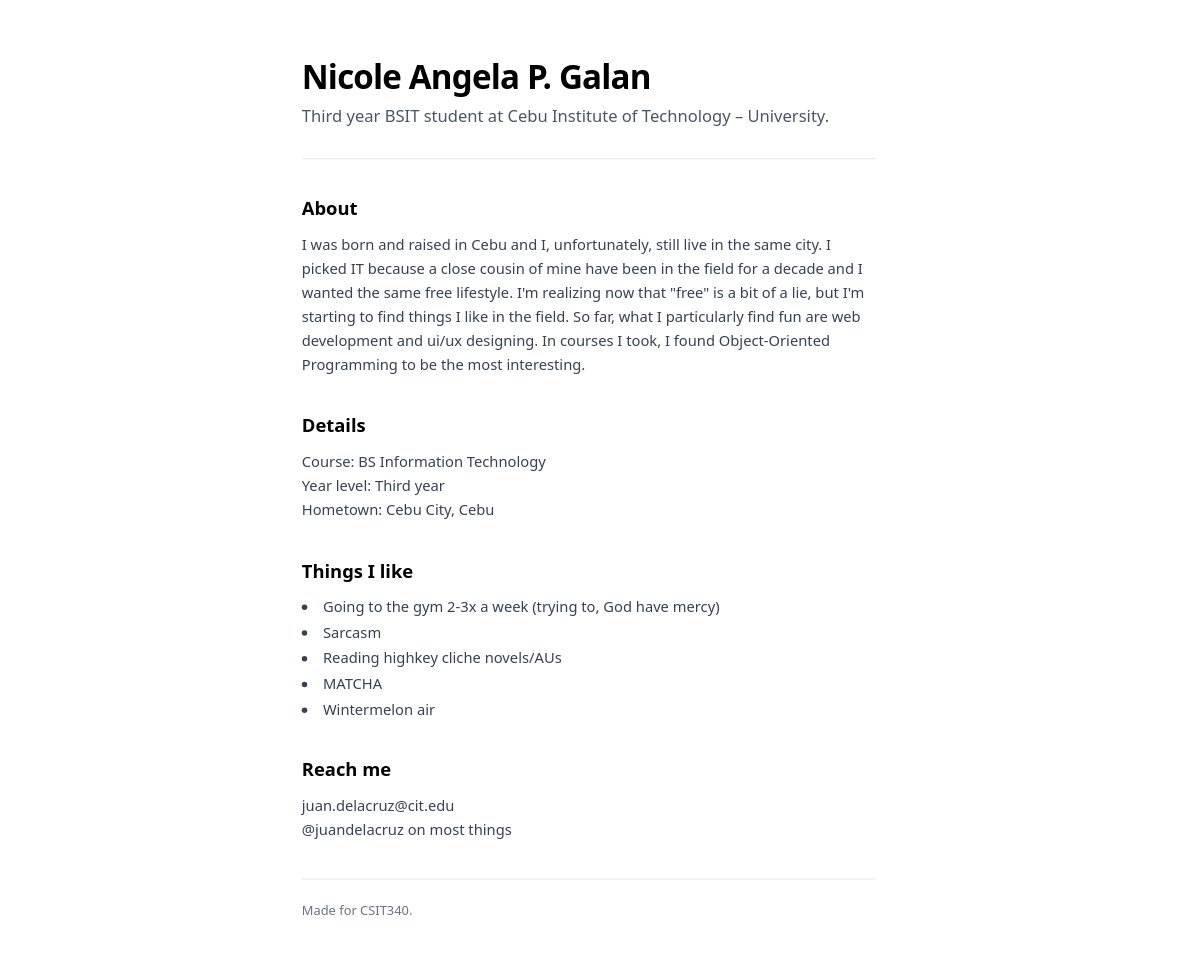
Repository: nicole-galan/CSIT340-Lab1-Galan
Page: /
The author's editor kept a copy of each file at every save. The page is drawn from the files as they stood at one save, then again after the next save.
The browser window is 1280 px wide. The pictures show the whole page, at 92% of full size.
The project was rebuilt for these pictures with package versions that can differ from the ones it lists, and the page was loaded fresh each time. Also part of the build but not shown: vite.config.js.

Above is the page before, as saved 2026-09-04 16:52:06.

### index.html
<!doctype html>
<html lang="en">
  <head>
    <meta charset="UTF-8" />
    <link rel="icon" type="image/svg+xml" href="/favicon.svg" />
    <meta name="viewport" content="width=device-width, initial-scale=1.0" />
    <title>csit340-lab1</title>
  </head>
  <body>
    <div id="root"></div>
    <script type="module" src="/src/main.jsx"></script>
  </body>
</html>

### src/App.jsx
function App() {
  return (
    <>
      <header className="mx-auto px-6 pt-16 max-w-2xl">
        <h1 className="text-4xl font-semibold tracking-tight mb-2">Nicole Angela P. Galan</h1>
        <p className="text-lg text-gray-600">
          Third year BSIT student at Cebu Institute of Technology – University.
        </p>
        <hr className="mt-8 border-gray-200" />
      </header>

      <main className="max-w-2xl mx-auto px-6 py-10">
        <section className="mb-10">
          <h2 className="text-xl font-semibold mb-3">About</h2>
          <p className="leading-relaxed text-gray-700">
            I was born and raised in Cebu and I, unfortunately, still live in the same city.
            I picked IT because a close cousin of mine have been in the field for a decade
            and I wanted the same free lifestyle. I'm realizing now that "free" is a bit of a lie,
            but I'm starting to find things I like in the field. So far, what I particularly find fun
            are web development and ui/ux designing.
            In courses I took, I found Object-Oriented Programming to be the most interesting.
          </p>
        </section>

        <section className="mb-10">
          <h2 className="text-xl font-semibold mb-3">Details</h2>
          <p className="leading-relaxed text-gray-700">
            Course: BS Information Technology
            <br />
            Year level: Third year
            <br />
            Hometown: Cebu City, Cebu
          </p>
        </section>

        <section className="mb-10">
          <h2 className="text-xl font-semibold mb-3">Things I like</h2>
          <ul className="list-disc list-inside space-y-1 text-gray-700">
            <li>Going to the gym 2-3x a week (trying to, God have mercy)</li>
            <li>Sarcasm</li>
            <li>Reading highkey cliche novels/AUs</li>
            <li>MATCHA</li>
            <li>Wintermelon air</li>
          </ul>
        </section>

        <section>
          <h2 className="text-xl font-semibold mb-3">Reach me</h2>
          <p className="leading-relaxed text-gray-700">
            juan.delacruz@cit.edu
            <br />
            @juandelacruz on most things
          </p>
        </section>
      </main>

      <section className="max-w-2xl mx-auto px-6 pb-16">
        <hr className="mb-6 border-gray-200" />
        <p className="text-sm text-gray-500">Made for CSIT340.</p>
      </section>
    </>
  )
}

export default App

Loaded but not shown: src/main.jsx (common file); src/index.css (common file)

After the next save:
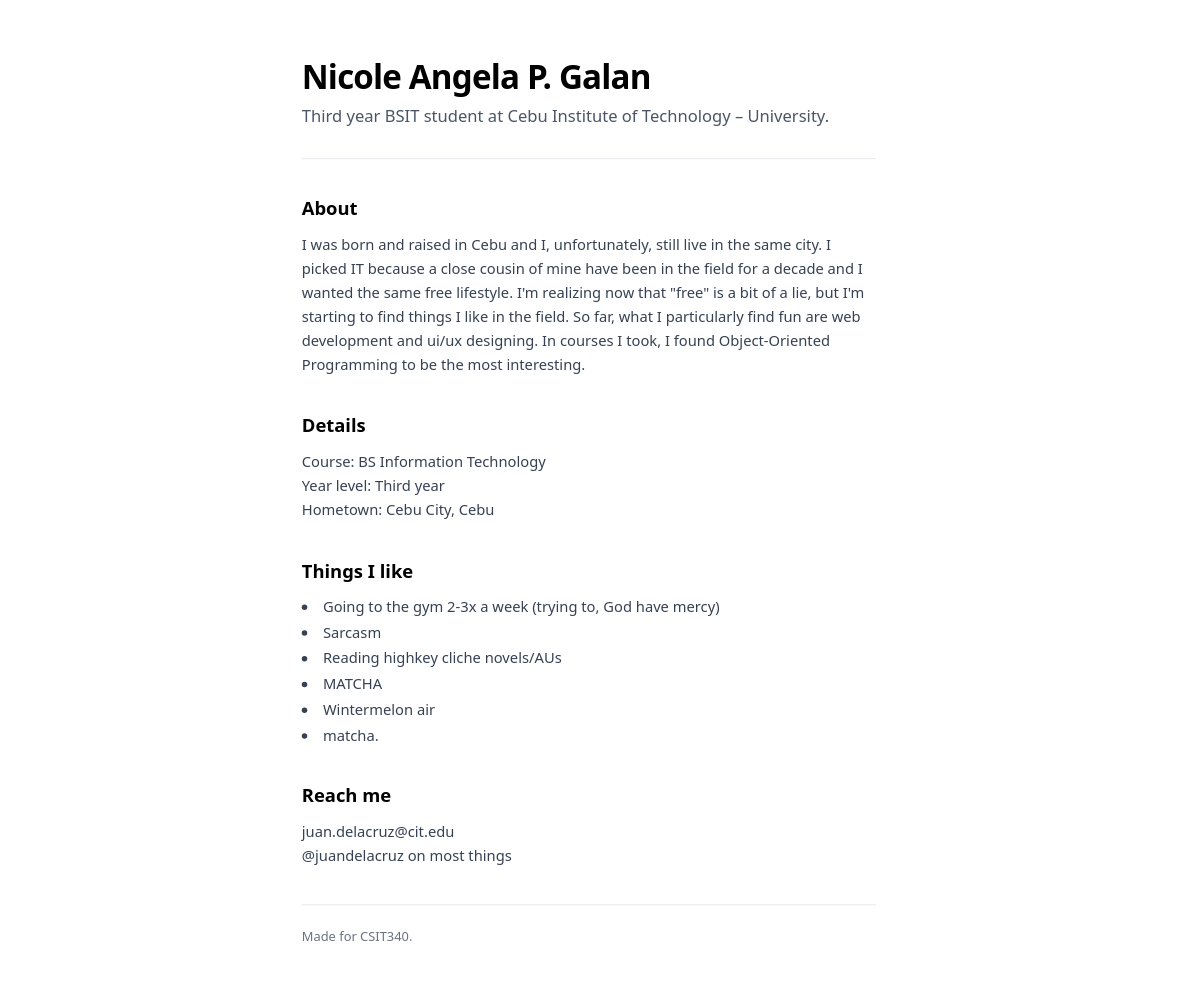
Saved 54 s later.
--- a/src/App.jsx
+++ b/src/App.jsx
@@ -41,6 +41,7 @@ function App() {
             <li>Reading highkey cliche novels/AUs</li>
             <li>MATCHA</li>
             <li>Wintermelon air</li>
+            <li>matcha.</li>
           </ul>
         </section>
 
